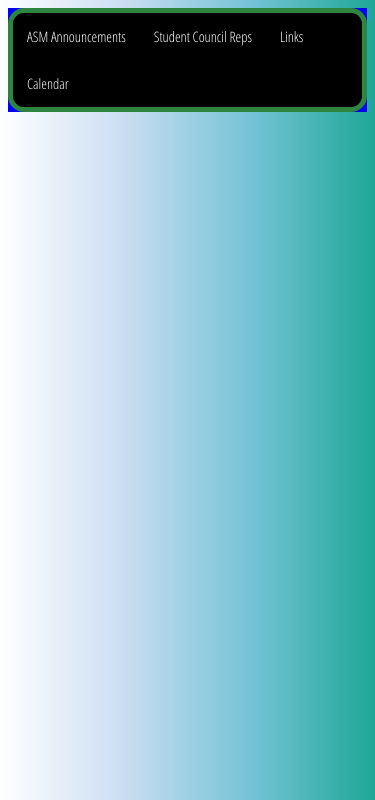
Repository: thecptwaffles/stu-co
Page: index.html
The author's editor kept a copy of each file at every save. The page is drawn from the files as they stood at one save, then again after the next save.
The browser window is 375 px wide. The pictures show the whole page.

Above is the page before, as saved 2021-12-04 16:29:18.
Console error: TypeError: Cannot set properties of null (setting 'innerHTML')

After the next save:
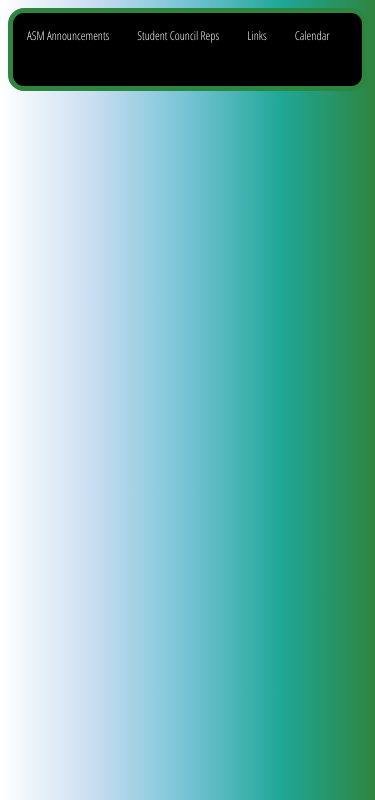
Saved 4 min 3 s later.
--- a/style.css
+++ b/style.css
@@ -4,7 +4,7 @@
     --prim-clr: #ffffff;
     --sec-clr: #2b5797;
     --accent-clr:#2e8540;
-     background-image: linear-gradient(to right, #ffffff, #c9ddf2, #75c3d5, #1ea797);
+    background-image: linear-gradient(to right, #ffffff, #c9ddf2, #75c3d5, #1ea797, #2e8540);
      --prim-font:'Montserrat', sans-serif;
      --sec-font: 'Open Sans Condensed', sans-serif;
      margin: 0;
@@ -42,8 +42,8 @@ h1 {
     background-color: #292929;
 }
 
-@media screen and (max-width: 992px) {
-  body {
-    background-color: blue;
+@media screen and (max-width: 600px) {
+  .nav-bar a {
+    font-size: .75rem;
   }
 }
